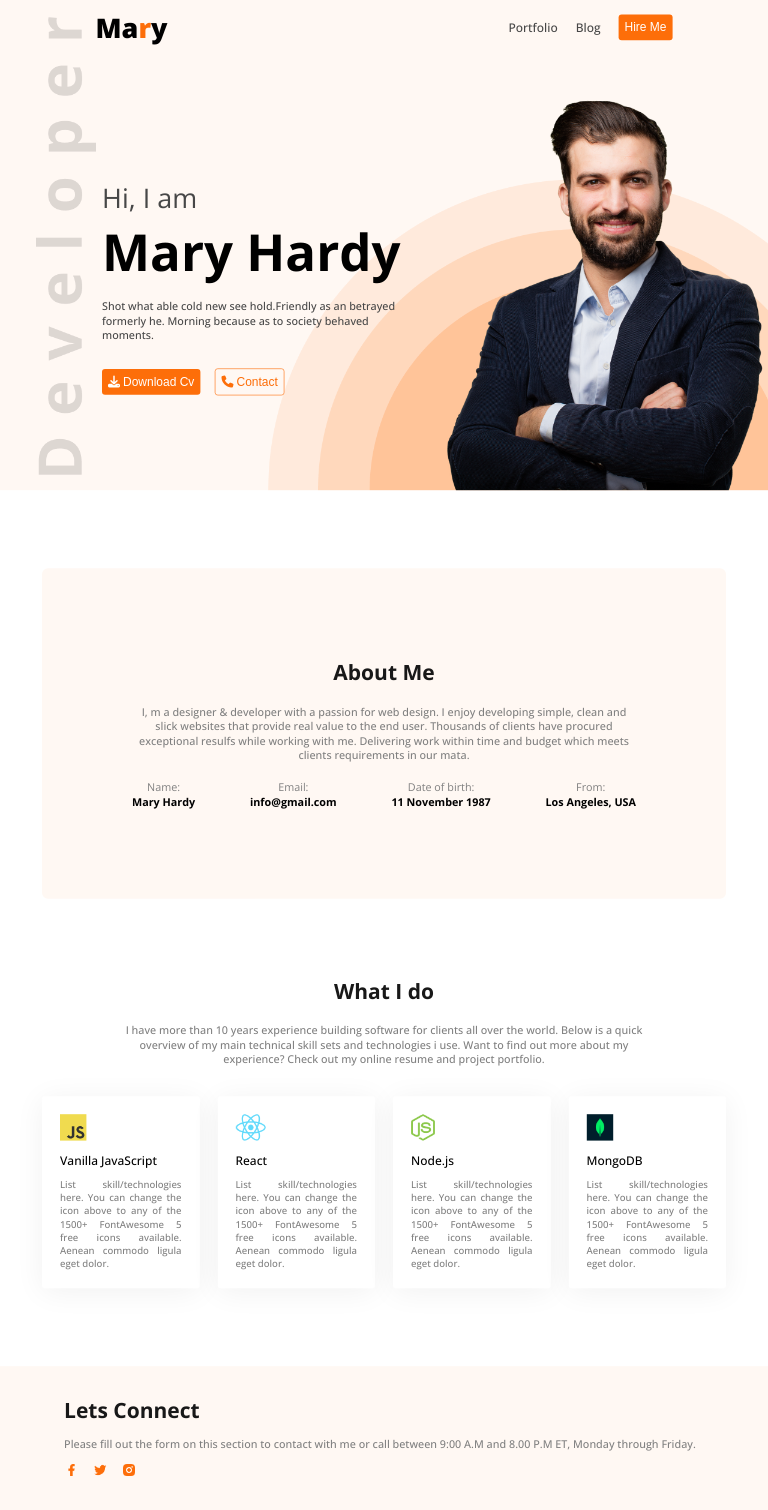
Repository: nahid-hasann/website-1
Page: index.html
These files come from the project's save history. The page is drawn as it stood at one moment and after the next save; the edit follows.
The browser window is 1280 px wide. The pictures show the whole page, at 60% of full size.

Above is the page before, as saved 2025-07-08 14:02:16.

### index.html
<!DOCTYPE html>
<html lang="en">
<head>
    <meta charset="UTF-8">
    <meta name="viewport" content="width=device-width, initial-scale=1.0">
    <title>Document</title>
    <link rel="preconnect" href="https://fonts.googleapis.com">
<link rel="preconnect" href="https://fonts.gstatic.com" crossorigin>
<link href="https://fonts.googleapis.com/css2?family=Open+Sans:ital,wght@0,300..800;1,300..800&display=swap" rel="stylesheet">
<link rel="stylesheet" href="style.css">
<link rel="stylesheet" href="https://cdnjs.cloudflare.com/ajax/libs/font-awesome/6.7.2/css/all.min.css" integrity="sha512-Evv84Mr4kqVGRNSgIGL/F/aIDqQb7xQ2vcrdIwxfjThSH8CSR7PBEakCr51Ck+w+/U6swU2Im1vVX0SVk9ABhg==" crossorigin="anonymous" referrerpolicy="no-referrer" />
</head>
<body class="open-sans-nahid">

<header class="main-header">
    <nav class="header">
          <div>
            <h3 class="nav-title">Ma<span style="color: #fd6e09;">r</span>y</h3>
          </div>
          <div class="menu">
            <ul>
            <li><a href="" class="dark-2" >Portfolio</a></li>
            <li><a  class="dark-2" href="">Blog</a></li>
            <li><button class="hire-me">Hire Me</button></li>
          </ul>
          </div>
    </nav>

    <div class="banner">

      <div class="banner-container">
        <h4 style="font-size: 45px; font-weight: 400;" class="dark-2">Hi, I  am</h4>
        <h1 style="font-size: 85px;">Mary Hardy</h1>
        <br>
        <p class="banner-description dark-2">
          Shot what able cold new see hold.Friendly as an betrayed formerly he. Morning because as to society behaved moments.
        </p>
        <br>
        <br>
        <button class="hire-me" style="margin-right: 20px;"><i class="fa-solid fa-download" style="margin-right: 5px;"></i>Download Cv</button>
        <button class="btn-2"><i class="fa-solid fa-phone" style="margin-right: 5px;"></i>Contact</button>
      </div>
      <img class="banner-img" src="images/hardy.png" alt="">

    </div>

</header>

<main >

  <section class="section">
      <h3 class="section-title">About Me</h3>
      <p style="font-size: 18px; color: grey; margin-top: 30px;">I, m a designer & developer with a passion for web design. I enjoy developing simple, clean and slick websites that provide real value to the end user. Thousands of clients have procured exceptional resulfs while working with me. Delivering work within time and budget which meets clients requirements in our mata.</p>

      <div class="about-items">

    <div class="about-item">
      <p class="item-title">Name:</p>
      <p class="item-description">Mary Hardy</p>
    </div>
    <div class="about-item">
      <p class="item-title">Email:</p>
      <p class="item-description">info@gmail.com</p>
    </div>
    <div class="about-item">
      <p class="item-title">Date of birth:</p>
      <p class="item-description">11 November 1987</p>
    </div>
    <div class="about-item">
      <p class="item-title">From:</p>
      <p class="item-description">Los Angeles, USA</p>
    </div>

  </div>

  </section>

  <section class="skiill">
            <h3 class="section-title">What I do</h3>
            <p style="font-size: 18px; color: grey; margin-top: 30px; width: 909px; margin: 0px auto; margin-top: 30px;">I have more than 10 years experience building software for clients all over the world. Below is a quick overview of my main technical skill sets and technologies i use. Want to find out more about my experience? Check out my online resume and project portfolio.</p>

         <div class="skills-container">

          <div class="skkis-veriation">
            <img src="images/icons/js.png" alt="" class="skiils-img">
            <p class="skills-heading">Vanilla JavaScript</p>
            <p class="skiils-description"> List skill/technologies here. You can change the icon above to any of the 1500+ FontAwesome 5 free icons available. Aenean commodo ligula eget dolor.</p>
          </div>
          <div class="skkis-veriation">
            <img src="images/icons/react.png" alt="" class="skiils-img">
            <p class="skills-heading">React</p>
            <p class="skiils-description">List skill/technologies here. You can change the icon above to any of the 1500+ FontAwesome 5 free icons available. Aenean commodo ligula eget dolor.</p>
          </div>
          <div class="skkis-veriation">
            <img src="images/icons/nodejs.png" alt="" class="skiils-img">
            <p class="skills-heading">Node.js</p>
            <p class="skiils-description">List skill/technologies here. You can change the icon above to any of the 1500+ FontAwesome 5 free icons available. Aenean commodo ligula eget dolor.</p>
          </div>
          <div class="skkis-veriation">
            <img src="images/icons/mongo.png" alt="" class="skiils-img">
            <p class="skills-heading">MongoDB</p>
            <p class="skiils-description">List skill/technologies here. You can change the icon above to any of the 1500+ FontAwesome 5 free icons available. Aenean commodo ligula eget dolor.</p>
          </div>

         </div>

  </section>

</main>

<!-- .about-items*4>p.item-title+p.item-description  -->


<div class="main-footer">

     <div class="footer-colums">
        <h3 class="section-title">Lets Connect</h3>
        <p style="font-size: 18px; color: grey; margin: 20px 0px;">Please fill out the form on this section to contact with me or call between 9:00 A.M and 8.00 P.M ET, Monday through Friday.</p>
        <img src="images/icons/facebook.png" alt="">
        <img style="margin: 0px 20px;" src="images/icons/twitter.png" alt="">
        <img src="images/icons/insta.png" alt="">
     </div>

     <div class="footer-colums">


     </div>

</div>


</body>
</html>

### style.css
* {
  margin: 0;
  padding: 0;
  box-sizing: border-box;
}


.open-sans-nahid {
  font-family: "Open Sans", sans-serif;
  font-optical-sizing: auto;
  font-style: normal;
  font-variation-settings: "wdth" 100;
  font-weight: 500;
}

.main-header{
    background-image: url('images/developer.png'), url('images/header_bg.png') ;
    background-repeat: no-repeat;
    background-position: 60px  28px, bottom right ;
    background-color: #fff8f3;
}



.header{
    display: flex;
    justify-content: space-around;
    gap: 250px;
    align-items: center;
    /* background-color: red; */
    padding: 15px 0px;
}

.nav-title{
    font-weight: 800;
    font-size: 45px;
}

.menu ul{
    display: flex;
    gap: 30px;
    align-items: center;
}

.menu ul li{
    list-style: none;

}

.menu ul li a{
    text-decoration: none;
    font-size: 20px;
}

.hire-me{
    background-color: #fd6e09;
    padding: 10px;
    border-radius: 5px;
    color: white;
    border: none;
    font-size: 20px;
}

.btn-2{
    padding: 10px;
    border-radius: 5px;
    color: #fd6e09;
    border: 1px solid  #fd6e09;
    font-size: 20px;
    background-color: #fff8f3;
}

.dark-2{
    color: #474747;
}

.banner-container{
    width: 585px;
}

.banner-description{
    font-size: 18px;
}

.banner-img{
    width: 584px;
    height: 676px;
}

.banner{
    display: flex;
    align-items: center;
    justify-content: space-around;
    margin: 50px 0px 0px 170px;

}

.section{
    background-color: #fff8f3;
    padding: 150px;
    text-align: center;
    border-radius: 10px;
    margin: 130px 0px;
}

.section-title{
    font-size: 35px;
    font-weight: bold;
    color: #181818;
}

main{
    max-width: 1140px;
     margin: 0px auto;
}

.about-items{
    display: flex;
    justify-content: space-between;
}

.item-title{
    font-size: 18px;
    font-weight: 300;
    color: grey;
    margin-top: 30px;
}

.item-description{
    font-size: 18px ;
    font-weight: 700;
}

.skiill{
    text-align: center;
    margin-bottom: 130px;
}

.skills-container{
    display: flex;
    margin-top: 30px;
    gap: 30px;
    text-align: justify;
}

.skkis-veriation{
    background-color: #FFFFFF;
    box-shadow: 0px 6px 50px 0px rgba(0, 0, 0, 0.06);
padding: 30px;
border-radius: 5px;
margin-top: 20px;
}

.skills-heading{
    margin: 15px 0px;
    font-size: 20px ;
    font-weight: 700px;
}

.skiils-description{
     font-size: 16px;
     color: grey;
}

.resume{
    margin-bottom: 130px;
}

.resume-container{
    display: flex;
    gap: 40px;
    margin-top: 50px;
}

.resume h3{
    margin-bottom: 100px;
}

.resume-column h3{
    font-size: 30px ;
    font-weight: 700;
    margin-bottom: 20px;
}

.resume-column-title{
    font-size: 30px;
    font-weight: 700;
}

.experience{
    padding-right: 50px;
}

.experience-title{
        font-size: 25px;
    font-weight: 700;
    margin-bottom: 5px;
}

.experience-subtitle{
    font-size: 20px;
    font-weight: 600;

    color: rgba(117, 117, 117, 1);
}

.experince-description{
    margin-top: 20px;
    margin-bottom: 20px;
    font-size: 16px;
    color: rgba(117, 117, 117, 1);
}


.main-footer{
    margin-top: 130px;
    background-color: rgba(255, 248, 243, 1);
    padding: 50px 100px;
    display: flex;
    justify-content: space-around;
}

.footer-column{
    max-width: 40%;
}

After the next save:
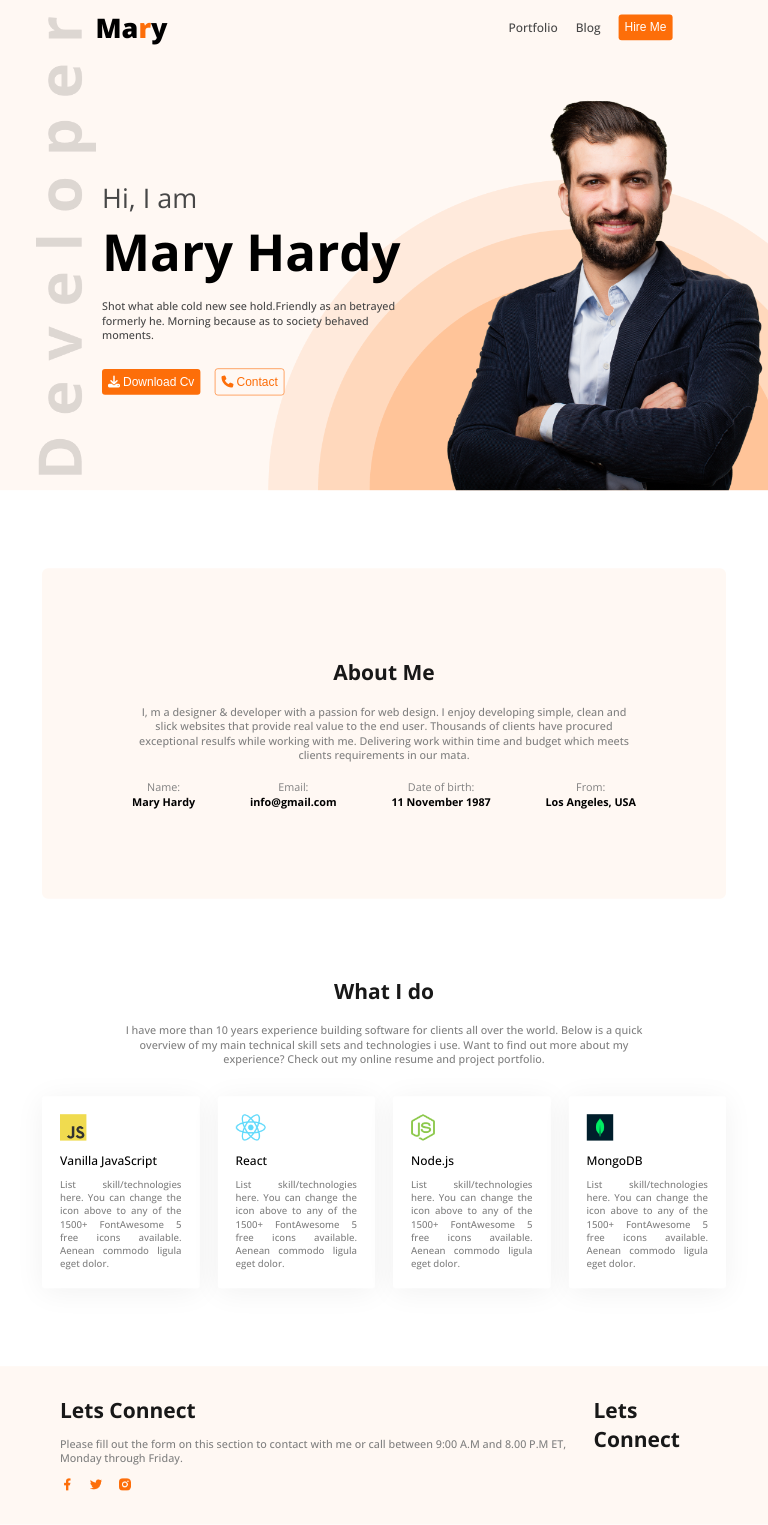
Saved 5 s later.
--- a/index.html
+++ b/index.html
@@ -123,6 +123,7 @@
 
      <div class="footer-colums">
 
+        <h3 class="section-title">Lets Connect</h3>
 
      </div>
 
